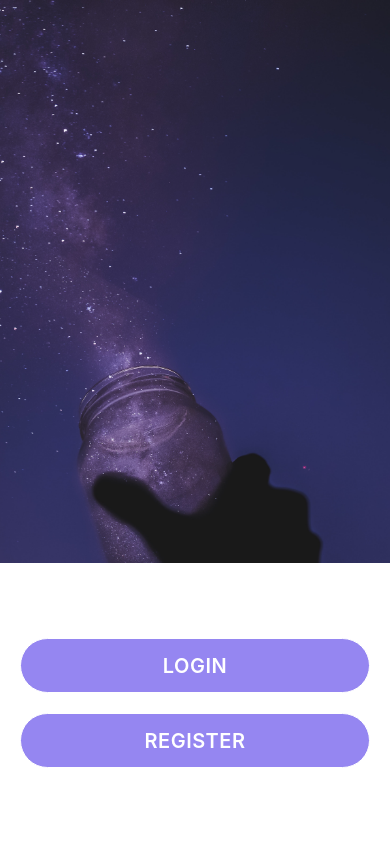
Repository: farrelmuhammad/project-react-native
Screen: /
An editor plug-in stored every save of this project. The screen is shown before and after the next save, followed by the edit.
The app was drawn by React Native's web renderer in a window 390 px wide. The project was rebuilt for these pictures with package versions that can differ from the ones it lists, and the page was loaded fresh each time.

Above is the screen before, as saved 2023-01-09 22:18:13.

### App.js
import { StatusBar } from 'expo-status-bar';
import styles from './styles'
import Svg, { Image } from 'react-native-svg';
import { Dimensions, StyleSheet, Text, TextInput, View } from 'react-native';

export default function App() {
  const { height, width } = Dimensions.get('window');

  return (
    <View style={styles.container}>
      <View style={StyleSheet.absoluteFill}>
        <Svg height={height} width={width}>
          <Image
            href={require('./assets/login-background.jpg')}
            width={width}
            height={height}
            preserveAspectRatio="xMidYMid slice"
          />
        </Svg>
        <View style={styles.buttonContainer}>
          <View style={styles.button}>
            <Text style={styles.buttonText}>LOGIN</Text>
          </View>
          <View style={styles.button}>
            <Text style={styles.buttonText}>REGISTER</Text>
          </View>
          {/* <View>
            <TextInput placeholder='Email' />
            <TextInput placeholder='Fullname' />
            <TextInput placeholder='Password' />
          </View> */}

        </View>
      </View>
    </View>
  );
}

### styles.js
import { StyleSheet, Dimensions } from 'react-native';

const { height, width } = Dimensions.get('window');

const styles = StyleSheet.create({
    container: {
        flex: 1,
        justifyContent: 'flex-end',
    },
    button: {
        backgroundColor: 'rgba(123, 104, 238, 0.8)',
        height: 55,
        alignItems: 'center',
        justifyContent: 'center',
        borderRadius: 35,
        marginHorizontal: 20,
        marginVertical: 10,
        borderWidth: 1,
        borderColor: 'white'
    },
    buttonText: {
        fontSize: 20,
        fontWeight: '600',
        color: 'white',
        letterSpacing: 0.5
    },
    buttonContainer: {
        justifyContent: 'center',
        height: height / 3,

    }
});

export default styles;

After the next save:
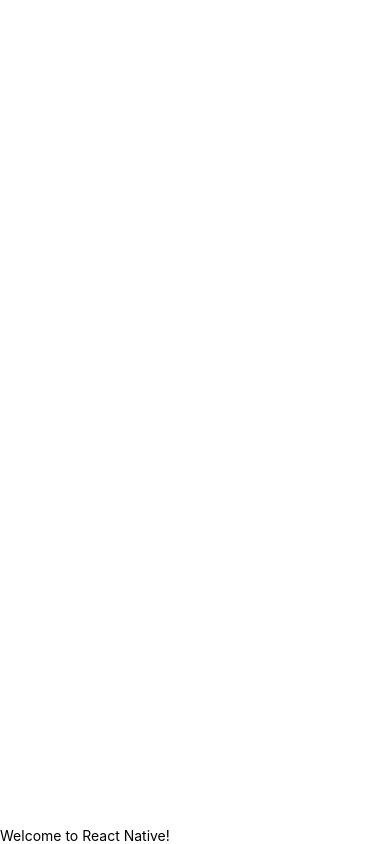
Saved 2 min 0 s later.
--- a/App.js
+++ b/App.js
@@ -8,30 +8,7 @@
 
   return (
     <View style={styles.container}>
-      <View style={StyleSheet.absoluteFill}>
-        <Svg height={height} width={width}>
-          <Image
-            href={require('./assets/login-background.jpg')}
-            width={width}
-            height={height}
-            preserveAspectRatio="xMidYMid slice"
-          />
-        </Svg>
-        <View style={styles.buttonContainer}>
-          <View style={styles.button}>
-            <Text style={styles.buttonText}>LOGIN</Text>
-          </View>
-          <View style={styles.button}>
-            <Text style={styles.buttonText}>REGISTER</Text>
-          </View>
-          {/* <View>
-            <TextInput placeholder='Email' />
-            <TextInput placeholder='Fullname' />
-            <TextInput placeholder='Password' />
-          </View> */}
-
-        </View>
-      </View>
+     <Text style={styles.title}>Welcome to React Native!</Text>
     </View>
   );
 }

After the save that followed:
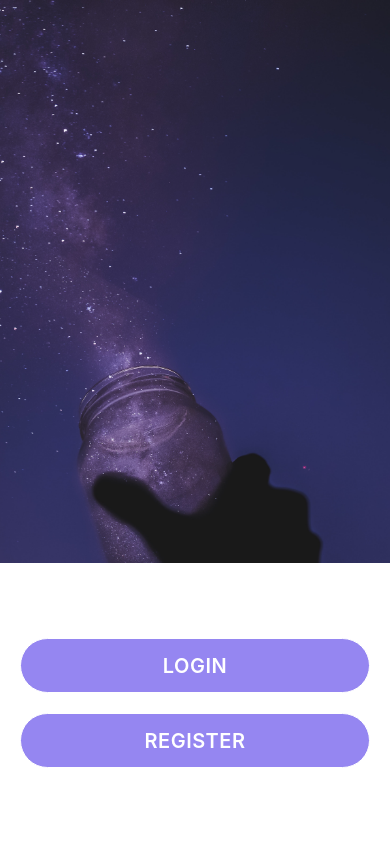
Saved 9 s later.
--- a/App.js
+++ b/App.js
@@ -8,7 +8,30 @@
 
   return (
     <View style={styles.container}>
-     <Text style={styles.title}>Welcome to React Native!</Text>
+      <View style={StyleSheet.absoluteFill}>
+        <Svg height={height} width={width}>
+          <Image
+            href={require('./assets/login-background.jpg')}
+            width={width}
+            height={height}
+            preserveAspectRatio="xMidYMid slice"
+          />
+        </Svg>
+        <View style={styles.buttonContainer}>
+          <View style={styles.button}>
+            <Text style={styles.buttonText}>LOGIN</Text>
+          </View>
+          <View style={styles.button}>
+            <Text style={styles.buttonText}>REGISTER</Text>
+          </View>
+          {/* <View>
+            <TextInput placeholder='Email' />
+            <TextInput placeholder='Fullname' />
+            <TextInput placeholder='Password' />
+          </View> */}
+
+        </View>
+      </View>
     </View>
   );
 }
